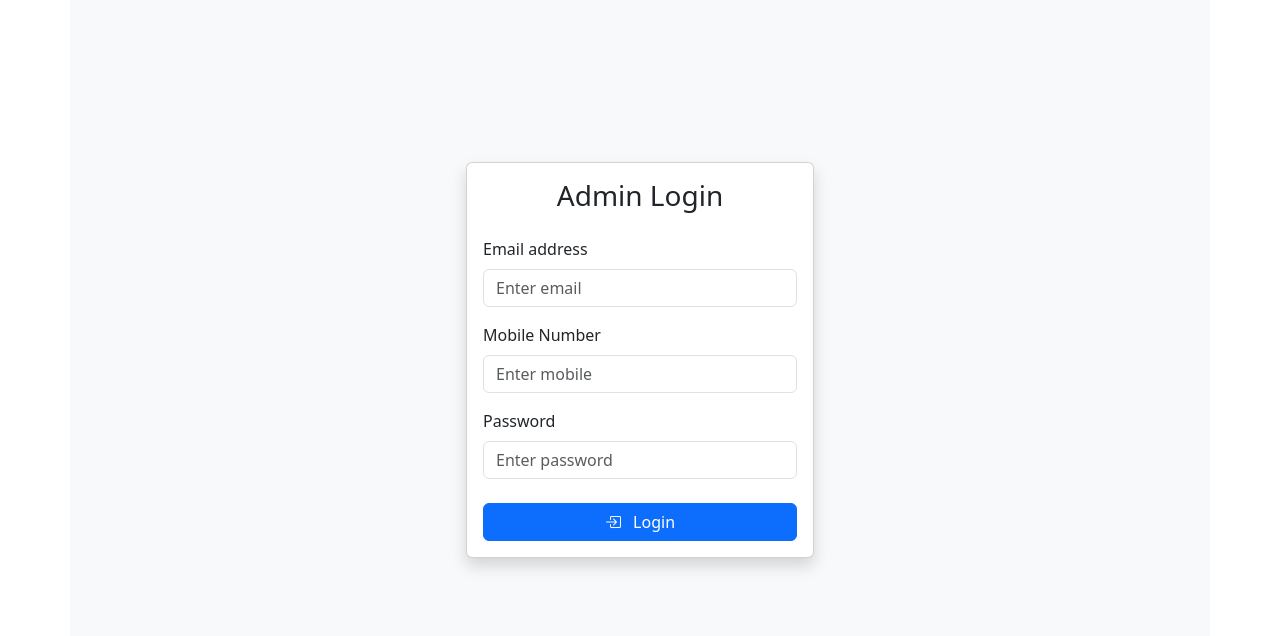
Repository: Jamil326/mjstore_dashboard
Page: /login (app in mjstore_dashboard/)
An editor plug-in stored every save of this project. The page is shown before and after the next save, followed by the edit.
The browser window is 1280 px wide. The pictures show the whole page.
The project was rebuilt for these pictures with package versions that can differ from the ones it lists, and the page was loaded fresh each time. Also part of the build but not shown: mjstore_dashboard/vite.config.js, mjstore_dashboard/src/components/Sidebar.jsx, mjstore_dashboard/src/components/Header.jsx, mjstore_dashboard/src/pages/SignupPage.jsx, mjstore_dashboard/src/pages/DashboardPage.jsx, mjstore_dashboard/src/components/ProductsSearch.jsx, mjstore_dashboard/src/pages/SearchPage.jsx, mjstore_dashboard/src/pages/AdminListPage.jsx and 6 more.

Above is the page before, as saved 2025-07-06 16:46:40.

### mjstore_dashboard/src/main.jsx
import { StrictMode } from 'react'
import { createRoot } from 'react-dom/client'
import './index.css'
import 'bootstrap/dist/css/bootstrap.min.css';
import 'bootstrap-icons/font/bootstrap-icons.css';

import App from './App.jsx'

createRoot(document.getElementById('root')).render(
  <StrictMode>
    <App />
  </StrictMode>,
)

### mjstore_dashboard/src/App.jsx
import { BrowserRouter as Router, Routes, Route, Navigate } from "react-router-dom";
import { useState, useEffect } from "react";
import Sidebar from "./components/Sidebar";
import Header from "./components/Header";
import SignupPage from './pages/SignupPage';
import DashboardPage from "./pages/DashboardPage";
import LoginPage from "./pages/LoginPage";
import SearchPage from './pages/SearchPage';
import AdminListPage from "./pages/AdminListPage";
import ProductsPage from "./pages/ProductsPage";
import UsersPage from "./pages/UsersPage";
import OrdersPage from "./pages/OrdersPage";
import ProductUpload from './pages/ProductUpload';
import UploadAssetsPage from "./pages/UploadAssetsPage";
import ProfileSettings from "./pages/ProfileSettings";
import axios from "axios";
import { Container, Row, Col } from "react-bootstrap";

export default function App() {
  const [user, setUser] = useState(null);

  useEffect(() => {
    const token = localStorage.getItem("token");
    if (token) {
      axios.defaults.headers.common["Authorization"] = `Bearer ${token}`;
      setUser({ token });
    }
  }, []);

  if (!user) {
    return (
      <Router>
        <Routes>
          <Route path="/login" element={<LoginPage setUser={setUser} />} />
          <Route path="*" element={<Navigate to="/login" />} />
        </Routes>
      </Router>
    );
  }

  return (
    <Router>
      <Container fluid className="min-vh-100 d-flex flex-column p-0">
        <Row className="flex-nowrap g-0 flex-grow-1">
          <Col xs="auto" className="bg-light border-end">
            <Sidebar />
          </Col>
          <Col className="d-flex flex-column">
            <Header setUser={setUser} />
            <main className="flex-grow-1 p-3 bg-body">
              <Routes>
                <Route path="/" element={<DashboardPage />} />
               <Route path="/signup" element={<SignupPage />} />
                <Route path="/admins" element={<AdminListPage />} />
                <Route path="/products" element={<ProductsPage />} />
                <Route path="/users" element={<UsersPage />} />
                <Route path="/orders" element={<OrdersPage />} />
                <Route path="/assets" element={<ProductUpload />} />
                <Route path="/settings" element={<ProfileSettings />} />
                <Route path="/searchpage" element={<SearchPage />} />

                <Route path="*" element={<Navigate to="/" />} />
              </Routes>
            </main>
          </Col>
        </Row>
      </Container>
    </Router>
  );
}

### mjstore_dashboard/src/pages/LoginPage.jsx
import { useState } from "react";
import { useNavigate } from "react-router-dom";
import axios from "axios";
import { Container, Row, Col, Card, Form, Button, Alert } from "react-bootstrap";

export default function LoginPage({ setUser }) {
  const [email, setEmail] = useState("");
  const [mobile, setMobile] = useState("");
  const [password, setPassword] = useState("");
  const [error, setError] = useState(null);
  const navigate = useNavigate();

  const handleLogin = async (e) => {
    e.preventDefault();
    try {
      const res = await axios.post("https://mj-store.onrender.com/api/v1/admin/login", {
        email,
        mobile,
        password,
      });

      const token = res.data.data.token;
      console.log(res);
      localStorage.setItem("token", token);
      axios.defaults.headers.common["Authorization"] = `Bearer ${token}`;
      setUser({ token });
      navigate("/");
    } catch (err) {
      setError("Invalid credentials. Please try again.");
    }
  };

  return (
    <Container className="min-vh-100 d-flex align-items-center justify-content-center bg-light">
      <Row className="w-100 justify-content-center">
        <Col xs={12} sm={10} md={6} lg={4}>
          <Card className="shadow">
            <Card.Body>
              <h3 className="mb-4 text-center">Admin Login</h3>
              {error && <Alert variant="danger">{error}</Alert>}

              <Form onSubmit={handleLogin}>
                <Form.Group controlId="email" className="mb-3">
                  <Form.Label>Email address</Form.Label>
                  <Form.Control
                    type="email"
                    placeholder="Enter email"
                    value={email}
                    onChange={(e) => setEmail(e.target.value)}
                    required
                  />
                </Form.Group>

                <Form.Group controlId="mobile" className="mb-3">
                  <Form.Label>Mobile Number</Form.Label>
                  <Form.Control
                    type="text"
                    placeholder="Enter mobile"
                    value={mobile}
                    onChange={(e) => setMobile(e.target.value)}
                    required
                  />
                </Form.Group>

                <Form.Group controlId="password" className="mb-4">
                  <Form.Label>Password</Form.Label>
                  <Form.Control
                    type="password"
                    placeholder="Enter password"
                    value={password}
                    onChange={(e) => setPassword(e.target.value)}
                    required
                  />
                </Form.Group>

                <Button type="submit" variant="primary" className="w-100">
                  <i className="bi bi-box-arrow-in-right me-2"></i> Login
                </Button>
              </Form>
            </Card.Body>
          </Card>
        </Col>
      </Row>
    </Container>
  );
}

Loaded but not shown: mjstore_dashboard/index.html (common file); mjstore_dashboard/src/index.css (no stored copy; drawn as an empty file)

After the next save:
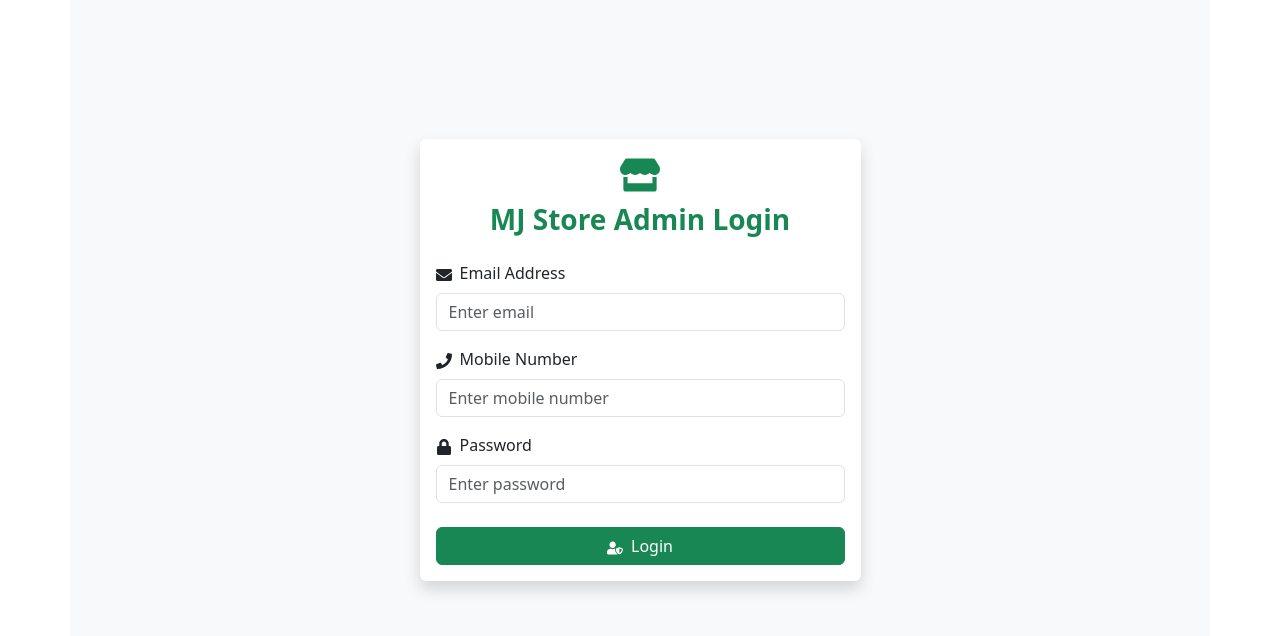
Saved 4 min 51 s later.
--- a/mjstore_dashboard/src/pages/LoginPage.jsx
+++ b/mjstore_dashboard/src/pages/LoginPage.jsx
@@ -1,7 +1,16 @@
 import { useState } from "react";
 import { useNavigate } from "react-router-dom";
 import axios from "axios";
-import { Container, Row, Col, Card, Form, Button, Alert } from "react-bootstrap";
+import {
+  Container,
+  Row,
+  Col,
+  Card,
+  Form,
+  Button,
+  Alert,
+} from "react-bootstrap";
+import { FaStore, FaUserShield, FaEnvelope, FaPhone, FaLock } from "react-icons/fa";
 
 export default function LoginPage({ setUser }) {
   const [email, setEmail] = useState("");
@@ -20,10 +29,11 @@ export default function LoginPage({ setUser }) {
       });
 
       const token = res.data.data.token;
-      console.log(res);
+      const adminName = res.data.data.name;
+
       localStorage.setItem("token", token);
       axios.defaults.headers.common["Authorization"] = `Bearer ${token}`;
-      setUser({ token });
+      setUser({ token, name: adminName }); // Set name in state
       navigate("/");
     } catch (err) {
       setError("Invalid credentials. Please try again.");
@@ -33,15 +43,19 @@ export default function LoginPage({ setUser }) {
   return (
     <Container className="min-vh-100 d-flex align-items-center justify-content-center bg-light">
       <Row className="w-100 justify-content-center">
-        <Col xs={12} sm={10} md={6} lg={4}>
-          <Card className="shadow">
+        <Col xs={12} sm={10} md={6} lg={5}>
+          <Card className="shadow border-0">
             <Card.Body>
-              <h3 className="mb-4 text-center">Admin Login</h3>
+              <div className="text-center mb-4">
+                <FaStore size={40} className="text-success mb-2" />
+                <h3 className="fw-bold text-success">MJ Store Admin Login</h3>
+              </div>
+
               {error && <Alert variant="danger">{error}</Alert>}
 
               <Form onSubmit={handleLogin}>
                 <Form.Group controlId="email" className="mb-3">
-                  <Form.Label>Email address</Form.Label>
+                  <Form.Label><FaEnvelope className="me-2" />Email Address</Form.Label>
                   <Form.Control
                     type="email"
                     placeholder="Enter email"
@@ -52,10 +66,10 @@ export default function LoginPage({ setUser }) {
                 </Form.Group>
 
                 <Form.Group controlId="mobile" className="mb-3">
-                  <Form.Label>Mobile Number</Form.Label>
+                  <Form.Label><FaPhone className="me-2" />Mobile Number</Form.Label>
                   <Form.Control
                     type="text"
-                    placeholder="Enter mobile"
+                    placeholder="Enter mobile number"
                     value={mobile}
                     onChange={(e) => setMobile(e.target.value)}
                     required
@@ -63,7 +77,7 @@ export default function LoginPage({ setUser }) {
                 </Form.Group>
 
                 <Form.Group controlId="password" className="mb-4">
-                  <Form.Label>Password</Form.Label>
+                  <Form.Label><FaLock className="me-2" />Password</Form.Label>
                   <Form.Control
                     type="password"
                     placeholder="Enter password"
@@ -73,8 +87,8 @@ export default function LoginPage({ setUser }) {
                   />
                 </Form.Group>
 
-                <Button type="submit" variant="primary" className="w-100">
-                  <i className="bi bi-box-arrow-in-right me-2"></i> Login
+                <Button type="submit" variant="success" className="w-100">
+                  <FaUserShield className="me-2" />Login
                 </Button>
               </Form>
             </Card.Body>
